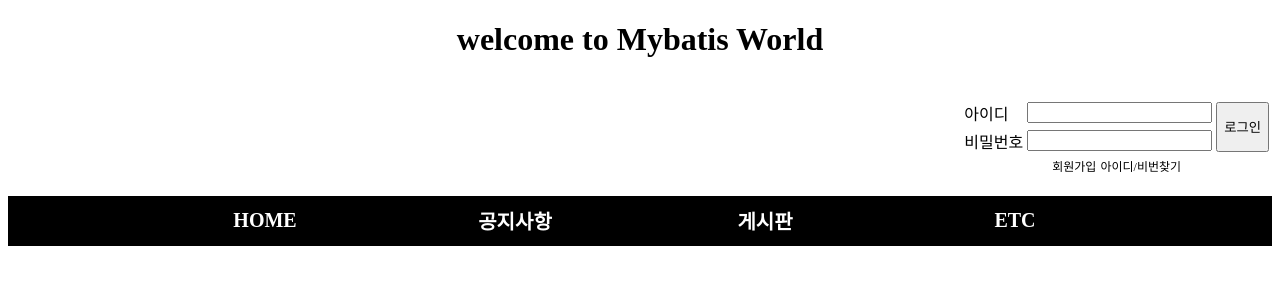
Repository: didwlwd/workspace
Page: http://localhost/mybatisProject/
An editor plug-in stored every save of this project. The page is shown before and after the next save, followed by the edit.
The browser window is 1280 px wide. The pictures show the whole page.
The page is served by Tomcat 10.

Above is the page before, as saved 2025-03-07 00:16:19.

After the next save:
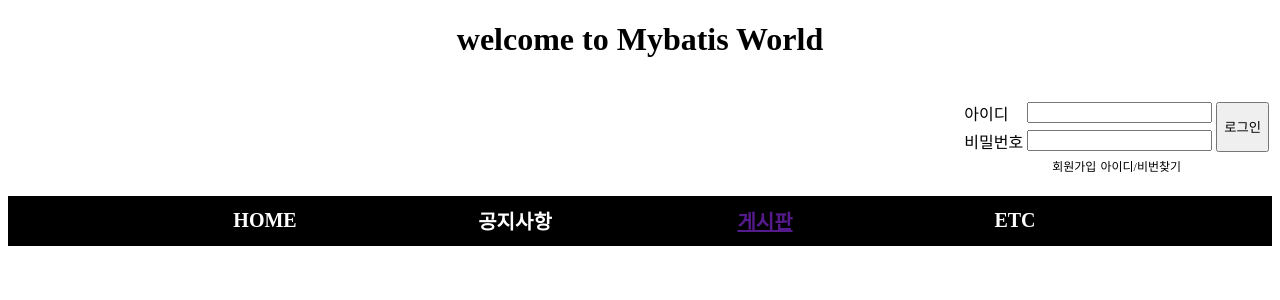
Saved 110 s later.
--- a/08_myBatis/mybatisProject/src/main/webapp/views/common/menubar.jsp
+++ b/08_myBatis/mybatisProject/src/main/webapp/views/common/menubar.jsp
@@ -89,7 +89,7 @@
     <div class="nav-area" align="center">
         <div class="menu">HOME</div>
         <div class="menu">공지사항</div>
-        <div class="menu">게시판</div>
+        <div class="menu"><a href="">게시판</a></div>
         <div class="menu">ETC</div>
     </div>
 </body>
